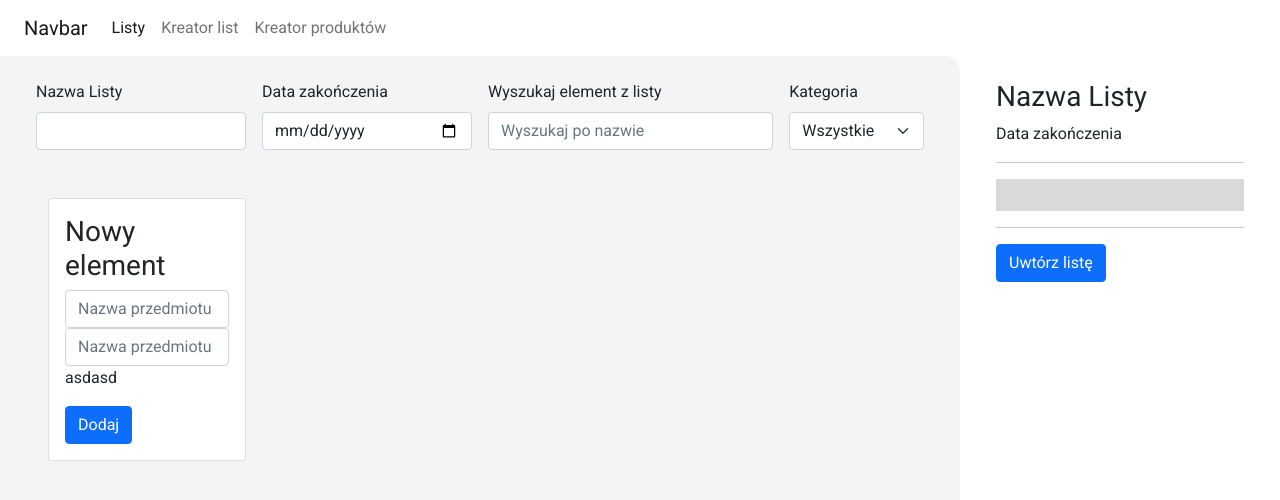
Repository: alphatra/Task-menager
Page: http://localhost/php/src/views/createList.php
The author's editor kept a copy of each file at every save. The page is drawn from the files as they stood at one save, then again after the next save.
The browser window is 1280 px wide. The pictures show the whole page.
The page is run by PHP 8.4 with error messages shown; the project is at /var/www/html/. Queries for data that is not in the repository find no rows.

Above is the page before, as saved 2023-02-09 23:01:06.

### php/src/views/createList.php
<!DOCTYPE html>
<html lang="en">
<head>
    <meta charset="UTF-8">
    <meta http-equiv="X-UA-Compatible" content="IE=edge">
    <meta name="viewport" content="width=device-width, initial-scale=1.0">
    <title>Document</title>
    <script src="https://ajax.googleapis.com/ajax/libs/jquery/3.6.1/jquery.min.js"></script>
    <link href="https://cdn.jsdelivr.net/npm/bootstrap@5.0.2/dist/css/bootstrap.min.css" rel="stylesheet" integrity="sha384-EVSTQN3/azprG1Anm3QDgpJLIm9Nao0Yz1ztcQTwFspd3yD65VohhpuuCOmLASjC" crossorigin="anonymous">
    <script src="https://cdn.jsdelivr.net/npm/@popperjs/core@2.9.2/dist/umd/popper.min.js" integrity="sha384-IQsoLXl5PILFhosVNubq5LC7Qb9DXgDA9i+tQ8Zj3iwWAwPtgFTxbJ8NT4GN1R8p" crossorigin="anonymous"></script>
    <script src="https://cdn.jsdelivr.net/npm/bootstrap@5.0.2/dist/js/bootstrap.min.js" integrity="sha384-cVKIPhGWiC2Al4u+LWgxfKTRIcfu0JTxR+EQDz/bgldoEyl4H0zUF0QKbrJ0EcQF" crossorigin="anonymous"></script>
    <script>
        const catergories = {
            1: 'Elektronika',
            2: 'Meble',
            3: 'Kosmetyki',
            4: 'Jedzenie',
            5: 'Ubrania',
            6: 'Zabawki',
            7: 'Sport',
            8: 'Książki',
            9: 'Narzędzia',
            10: 'RTV'
        }
        const select = $('select');
        $.each(catergories, (value, category) => {
  select.append($('<option>', {
    value: value,
    text: category
  }));
});
        console.log(catergories);
        $(document).ready(function() {
            let _dataItems = [];
            let private_item = $(`<div class="col-xl-3 col-lg-4 col-md-6 col-12 mb-4">
                        <div class="card">
                            <div class="card-body">
                                <h3 class="card-title">Nowy element</h3>
                                <input type="text" class="form-control" id="priv_item" placeholder="Nazwa przedmiotu">
                                <input type="text" class="form-control" id="priv_item" placeholder="Nazwa przedmiotu">
                                <p class="card-text">asdasd</p>
                                <input class="btn btn-primary" id="add_tolist" type="button" value="Dodaj">
                            </div>
                        </div>
                    </div>`);
    let loadData = (param,_category) => {
        $.ajax({
            url: '../controller.php',
            dataType: 'json',
            method: 'POST',
            data:{tablename:"products", search: param, category:_category},
            beforeSend: function() {
                $("#loading-image").show();
             },
            success: function(data) {
                console.log(data);
                let content = $('#objects').empty()
                content.append(private_item)
                let dataItems = JSON.parse(JSON.stringify(data))
                _dataItems = data
                dataItems = dataItems.map((item) => {
                    return $(`
                    <div class="col-lg-3 col-md-5 col-sm-5 mb-4">
      <div class="card">
        <div class="card-header img-atas" style="background-image: url('https://picsum.photos/300/100'); background-position: 50% 10%;">
        </div>
        <div class="card-body">
          <div class="row">
            <h5>${item.product_name}</h5>
          </div>
          <div class="row">
            <h6 class="text-secondary">${catergories[item.category_id]}</h6>
          </div>
          <div class="row">
            <div class="d-flex justify-content-between">
              <p class="text-primary">${item.product_description.substring(0, 29)}</p>
              <p class="text-warning">
		<input class="btn btn-primary" id="add_tolist" type="button" value="Dodaj" name="${item.id_product}">
		</p>
            </div>
          </div>
        </div>
      </div>
    </div>
                    `)
                })
                content.append(dataItems)

            },
            error: function (jqXHR, exception){
                console.log(jqXHR, exception);

            }
        })

    }
    let createList_Ajax = (param) =>{
        $.ajax({
            url: '../controller_1.php',
            method: 'POST',
            data:{data: param},
            cache: false,
            success: function(data) {
                console.log(data);
            },
            error: function (xhr, status, error){
                console.log(status);

            }
        })
    }
    let createListItems_Ajax = (param) =>{
        $.ajax({
            url: '../controller_1.php',
            method: 'POST',
            data:{data: param},
            cache: false,
            success: function(data) {
                console.log(data);
            },
            error: function (xhr, status, error){
                console.log(status);

            }
        })
    }

    loadData()

    $("#searchItem, select").on("keyup change", function() {
        let inputVal = $("#searchItem").val();
        let selectVal = $("select").val();
        if (inputVal.length > 0 || selectVal > 0) {
            inputVal = inputVal.length == 0 ? '' : inputVal;
            selectVal = selectVal == 0 ? '' : selectVal;
            loadData(inputVal, selectVal);
        } else {
            loadData();
        }
    });


    let products = {product_id:[],product_title:[],qty:[]};
    let list = {
            list_name: '',
            end_date: '',
            products: [products]
        };

    let add_products = (id, title, quantity) => {
        if (!checkIfExists(id)) {
            products.product_id.push(id);
            products.product_title.push(title);
            products.qty.push(quantity);
        }
    }

    let checkIfExists = (id) => {
        for (let i = 0; i < products.product_id.length; i++) {
            if (products.product_id[i] === id) {
                return true;
            }
        }
        return false;
    }

    let searchedProduct = (_id) =>{
        let found =  _dataItems.find(e => e.id_product == _id)
        return found.product_name
    }

    let generateContent = (_item,_qty) => {
        let content = $('#list_elements')
        content.empty()
        console.log(_qty);
        let listItems = _item.map((item) => { return $(`<h5>${searchedProduct(+item)}</h5><input type="number" id="qty" value="1">`)})
        content.append(listItems)
    }

    let crateList = () => {
        if(list.list_name != '' || list.end_date != '' || products.product_id.length != 0){
            console.log(list);
            createList_Ajax(list)
        }
    }
    $(document).on("click", "#add_tolist", function() {
        //console.log(list);
        //console.log(+this.name);
        //console.log(searchedProduct(+this.name));
        var myModal = new bootstrap.Modal(document.getElementById("exampleModal"))
        if(list.list_name == '' || list.end_date == ''){
            myModal.show()
            $(document).on("click", ".btn-secondary", function() {
                myModal.hide()
            })
            if (list.list_name == '') {
                $("#listName").addClass("is-invalid")
            }else{
                $("#listName").removeClass("is-invalid")
            }
            if (list.end_date == '') {
                $("#endDate").addClass("is-invalid")
            }else{
                $("#endDate").removeClass("is-invalid")
            }
            //console.log("Nie",list)
        }else{
            add_products(this.name, searchedProduct(+this.name), 1);
            generateContent(list.products['product_id'],list.products['qty'])
            $("#listName, #endDate").removeClass("is-invalid")
            //console.log("Tak",list);
        }
    });
    $(document).on("click", "#crateList_button", function() {
        console.log(crateList());
    });
    $("#listName, #endDate").on("keyup change",function(){
        list = {
            list_name: $("#listName").val(),
            end_date: $("#endDate").val(),
            products: products
        }
        $("#list_name").text($("#listName").val());
        $("#end_date").text($("#endDate").val());
    });
})

    </script>
    <link rel="stylesheet" href="../assets/style.css">
</head>
<body>
    <!-- Modal -->
    <div class="modal fade" id="exampleModal" tabindex="-1" role="dialog" aria-labelledby="exampleModalLabel" aria-hidden="true">
        <div class="modal-dialog">
            <div class="modal-content">
                <div class="modal-header">
                    <h5 class="modal-title" id="exampleModalLabel">Uwaga!</h5>
                    <button type="button" class="btn-close" data-dismiss="modal" aria-label="Zamknij"></button>
                </div>
                <div class="modal-body">
                    Nie wypełniłeś wszystkich pól!
                </div>
                <div class="modal-footer">
                    <button type="button" class="btn btn-secondary" data-dismiss="modal">Zamknij</button>
                </div>
            </div>
        </div>
    </div>

    <div class="container-fluid">
        <nav class="navbar navbar-expand-lg navbar-light ">
            <div class="container-fluid">
                <a class="navbar-brand" href="#">Navbar</a>
                <button class="navbar-toggler" type="button" data-bs-toggle="collapse" data-bs-target="#navbarNav" aria-controls="navbarNav" aria-expanded="false" aria-label="Toggle navigation">
                    <span class="navbar-toggler-icon"></span>
                </button>
                <div class="collapse navbar-collapse" id="navbarNav">
                    <ul class="navbar-nav">
                        <li class="nav-item">
                            <a class="nav-link active" href="/">Listy</a>
                        </li>
                        <li class="nav-item">
                            <a class="nav-link" aria-current="page" href="views/createList.php">Kreator list</a>
                        </li>
                        <li class="nav-item">
                            <a class="nav-link" href="views/createProduct.php">Kreator produktów</a>
                        </li>
                    </ul>
                </div>
            </div>
        </nav>
        <div class="row">
            <div class="col-lg-9" style="background-color: #F4F4F4; border-top-right-radius: 1rem">
                <div class="container py-4 px-4">
                <form class="row g-3 needs-validation" novalidate>
                    <div id="listName_" class="col-md-3">
                        <label for="listName" class="form-label">Nazwa Listy</label>
                        <input type="text" class="form-control" id="listName" required>
                        <div class="invalid-feedback">
                            Podaj nazwę listy!
                        </div>
                    </div>
                    <div id="endDate_" class="col-md-3">
                        <label for="endDate" class="form-label">Data zakończenia</label>
                        <input type="date" class="form-control" id="endDate" required>
                        <div class="invalid-feedback">
                            Podaj nazwę listy!
                        </div>
                    </div>
                    <div id="searchItem_" class="col-md-4">
                        <label for="searchItem" class="form-label">Wyszukaj element z listy</label>
                        <input type="search" class="form-control" id="searchItem" aria-label="Search" placeholder="Wyszukaj po nazwie">
                    </div>
                    <div class="col-md-2">
                        <label for="inputState" class="form-label">Kategoria</label>
                        <select id="inputState" class="form-select">
                            <option selected value="0">Wszystkie</option>

                        </select>
                    </div>
                </form>
                <div id="objects" class="row m-0 mt-5"></div>
                </div>
            </div>
            <div class="col-lg-3">
                <div class="container pt-4">
                <h3 id="list_name">Nazwa Listy</h3>
                <span id="end_date">Data zakończenia</span>
                <hr class="hr1" />
                <div id="list_elements" class="px-3 py-3" style="background-color:#D9D9D9"></div>
                <hr class="hr1" />
                <button type="submit" id="crateList_button" class="btn btn-primary">Uwtórz listę</button>
                </div>
            </div>
        </div>
    </div>
</body>
</html>

### php/src/controller.php
<?php
session_start();
require_once('./model/CRUD.php');


$db = new db();
$_tablename = $_POST['tablename'];
if(isset($_POST['search'])){
    $search = $_POST['search'];
    $result = $db->searchData($_tablename,$search,'');
    if(isset($_POST['category'])){
        $_category = $_POST['category'];
        $result = $db->searchData($_tablename,$search,$_category);
    }
    echo $result;
}else{
    echo $db->getData($_tablename);
}
?>

### php/src/model/CRUD.php
<?php
class db{
    private $conn;
    public $servername;
    public $username;
    public $password;
    public $database;
    public $tablename;

    public function __construct($host="db", $database="mydb",
                                $username="root", $password="root"){
        $this->host = $host;
        $this->database = $database;
        $this->username = $username;
        $this->password = $password;

        try {
            // Tworzenie połączenia
            $this->conn = new mysqli($host, $username, $password, $database);
        } catch (Exception $e) {
            // Sprawdzanie połączenia
            die("Connection failed: " . mysqli_connect_error());

        }

        return $this->conn;
    }

    // Wyświetlanie list z bazy danych
    public function getData($tablename){
        $this->tablename = $tablename;
        $query = "SELECT * FROM $this->tablename";
        $result = mysqli_query($this->conn, $query);
        $result = mysqli_fetch_all($result, MYSQLI_ASSOC);

        return json_encode($result);
    }

    // Wyświetlanie list z bazy danych wraz z wyszukiwaniem
    public function searchData($tablename, $search, $category){
        $this->tablename = $tablename;
        $this->search = $search;
        $this->category = $category;
        if($tablename == 'products'){
            $query = "SELECT * FROM $this->tablename WHERE product_name LIKE '$this->search%'";
            if($category != ''){
                $query .= " AND category_id = $this->category";
            }
        }else{
            $query = "SELECT * FROM $this->tablename WHERE name LIKE '$this->search%'";
            if($category != ''){
                $query .= " AND category_id = $this->category";
            }
        }
        $result = mysqli_query($this->conn, $query);
        $result = mysqli_fetch_all($result, MYSQLI_ASSOC);

        return json_encode($result);
    }
    /*
    public function searchData($tablename="", $search=""){
        $this->tablename = "list";
        $this->search = "{$search}%";
        $query = "SELECT * FROM $this->tablename WHERE name LIKE ?";
        $stmt = $this->conn->prepare($query);
        $stmt->bind_param("s",$search);
        $stmt->execute();
        $result = $stmt->get_result();

        return json_encode($result->fetch_all(MYSQLI_ASSOC));
    }
    */

    // Dodawanie produktów do bazy danych
    public function createProduct($Param){
        $product_name = $Param[0];
        $product_description = $Param[1];
        $product_image = $Param[2];
        $category_id = $Param[3];
        $query = "INSERT INTO products (product_name, product_description, product_image, category_id)
                    VALUES ('{$product_name}', '{$product_description}', '{$product_image}', '{$category_id}')";

        mysqli_query($this->conn, $query);
    }

    public function fetchData($Data){
        $this->Data = $Data;
        $decoded_json = json_decode($Data, true);
        $product_name = $decoded_json['product_name'];
        $product_description = $decoded_json['product_description'];
        $product_image = $decoded_json['product_image'];
        $category_id = $decoded_json['category_id'];
        return [$product_name, $product_description, $product_image, $category_id];
    }

    public function getMaxId($tablename){
        $this->tablename = $tablename;
        $query = "SELECT MAX( id ) AS `Max_Id` FROM $this->tablename";
        $result = mysqli_query($this->conn, $query);
        $result = mysqli_fetch_all($result, MYSQLI_ASSOC);
        $result = $result[0]['Max_Id'];

        return $result + 1;
    }

    public function getIdList($list_name){
        $this->list_name = $list_name;
        $query = "SELECT id FROM list WHERE name = '$this->list_name'";
        $result = mysqli_query($this->conn, $query);
        $result = mysqli_fetch_all($result, MYSQLI_ASSOC);
        $result = $result[0]['id'];

        return $result;
    }

    public function createList($list_name, $end_date){
        $id = $this->getMaxId('list');
        $this->list_name = $list_name;
        $created_date = date("Y-m-d h:i:s");
        $this->end_date = $end_date;
        $query = "INSERT INTO list (id, name, created_date, end_date) VALUES ('{$id}','{$list_name}','{$created_date}','{$end_date}')";
        mysqli_query($this->conn, $query);
        return $query;
    }

    public function createListItems($qty,$list_name,$id_product){
        $id = $this->getMaxId('list_items');
        $this->qty = $qty;
        $this->list_name = $list_name;
        $list_name = $this->getIdList($list_name);
        $this->id_product = $id_product;

        $query = "INSERT INTO list_items (id, quantity, list_id, id_product) VALUES ('{$id}', '{$this->qty}', '{$list_name}', '{$this->id_product}')";
        mysqli_query($this->conn, $query);
        return $query;
    }
}
?>

### php/src/assets/style.css
@import url('https://fonts.googleapis.com/css2?family=Roboto:ital,wght@0,300;0,400;1,500&display=swap');

body {
    font-family: 'Roboto', sans-serif;
    font-size: 16px;
    line-height: 1.5;
    background-color: white;
    margin: 0;
    padding: 0;
}
.black-border {
    border: 1px solid black;
    padding: 1rem;
}
.img-atas {
    width: auto;
    height: 100px;
    background-repeat: no-repeat;
    background-position: center;
    background-size: cover;
  }

hr {
    margin: 1rem 0;
    color: inherit;
    background-color: currentColor;
    border: 0;
    opacity: 0.25;
  }

After the next save:
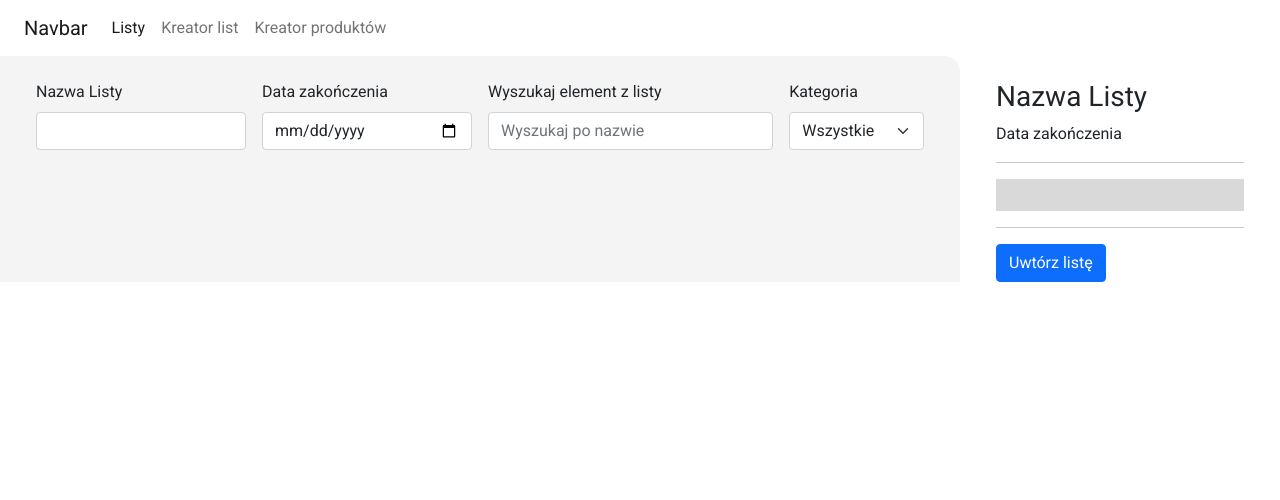
Console error: ReferenceError: key is not defined
Saved 2 min 30 s later.
--- a/php/src/views/createList.php
+++ b/php/src/views/createList.php
@@ -23,12 +23,10 @@
             10: 'RTV'
         }
         const select = $('select');
-        $.each(catergories, (value, category) => {
-  select.append($('<option>', {
-    value: value,
-    text: category
-  }));
-});
+        $.each(catergories, function(i, item) {
+            select.append($("<option></option>")
+                .attr("value", key).text(value));
+        });
         console.log(catergories);
         $(document).ready(function() {
             let _dataItems = [];

After the save that followed:
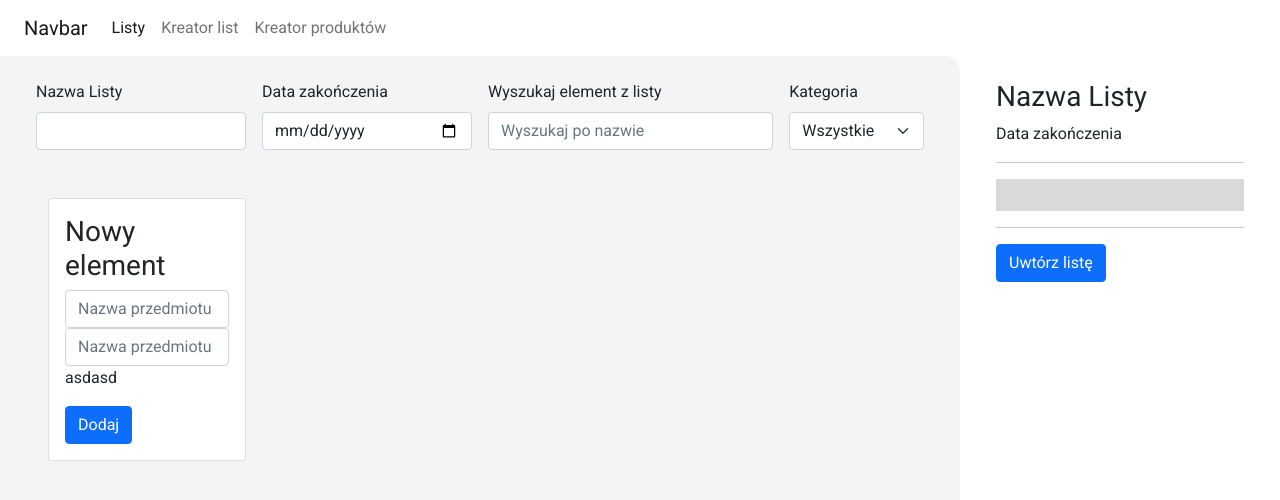
The error is gone.
Saved 26 s later.
--- a/php/src/views/createList.php
+++ b/php/src/views/createList.php
@@ -23,7 +23,7 @@
             10: 'RTV'
         }
         const select = $('select');
-        $.each(catergories, function(i, item) {
+        $.each(catergories, function(key, value) {
             select.append($("<option></option>")
                 .attr("value", key).text(value));
         });
